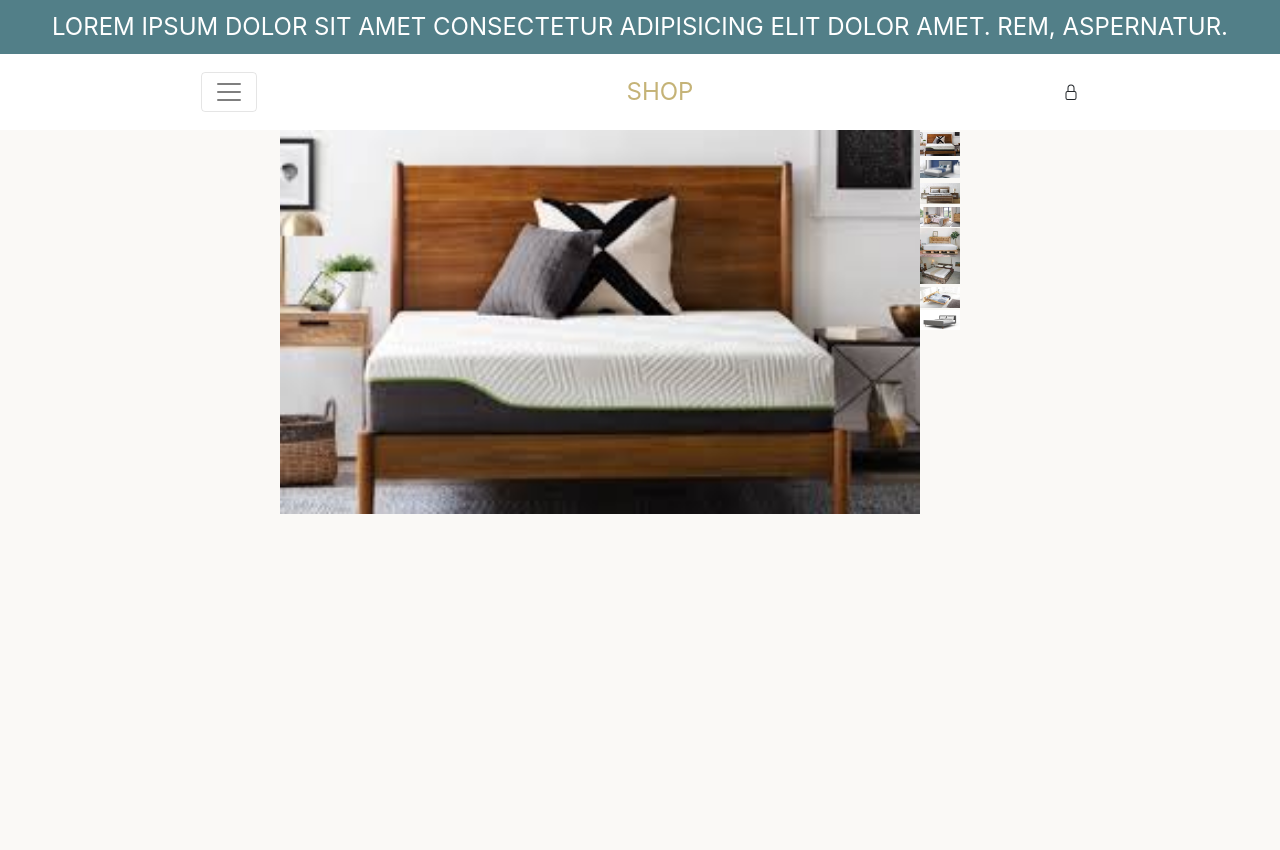
Repository: DaNiels89/frontendassignmentbogbootcamp
Page: index.html
An editor plug-in stored every save of this project. The page is shown before and after the next save, followed by the edit.
The browser window is 1280 px wide. The pictures show the whole page.

Above is the page before, as saved 2020-03-19 18:23:06.

After the next save:
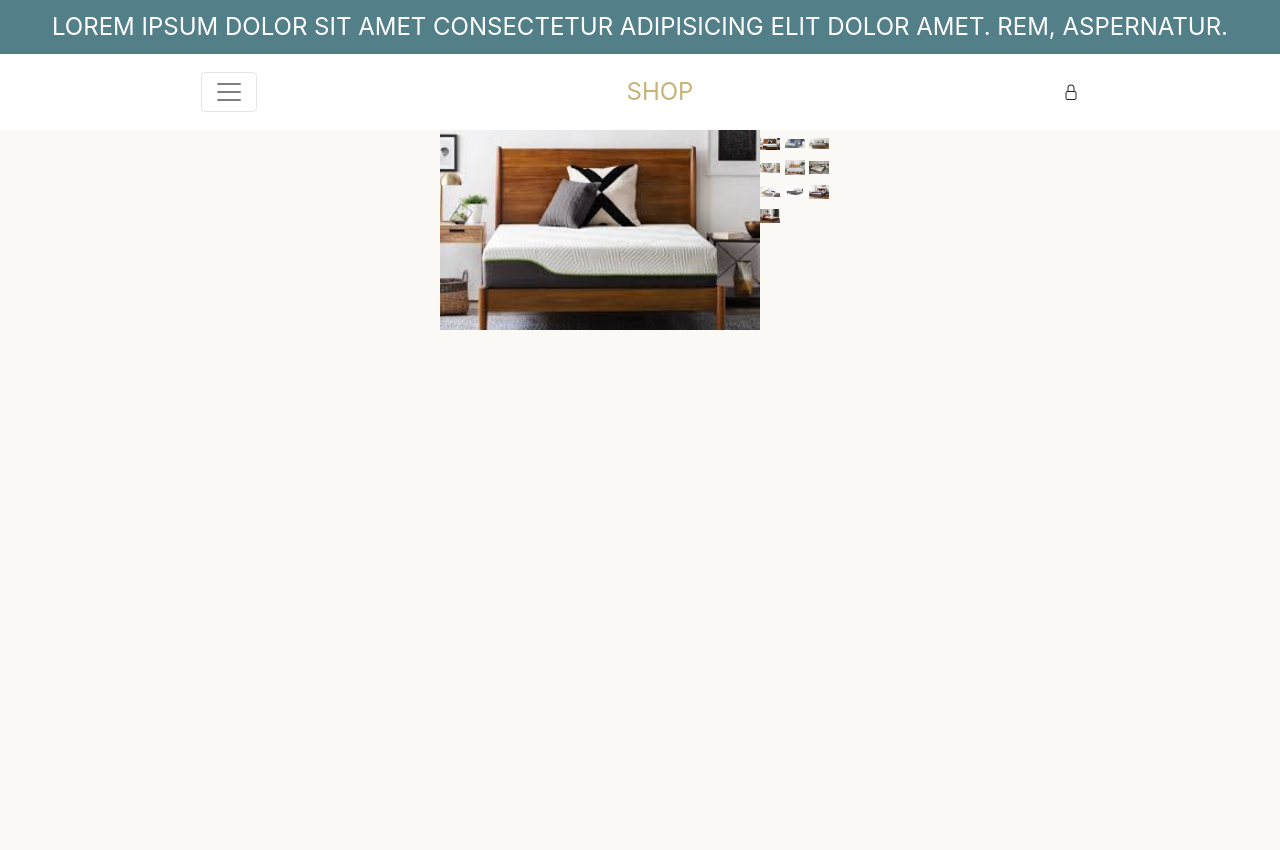
Saved 11 s later.
--- a/css/styles.css
+++ b/css/styles.css
@@ -43,7 +43,7 @@
 }
 
 .get-image {
-  width: 50%;
+  width: 25%;
   height: auto;
 }
 
